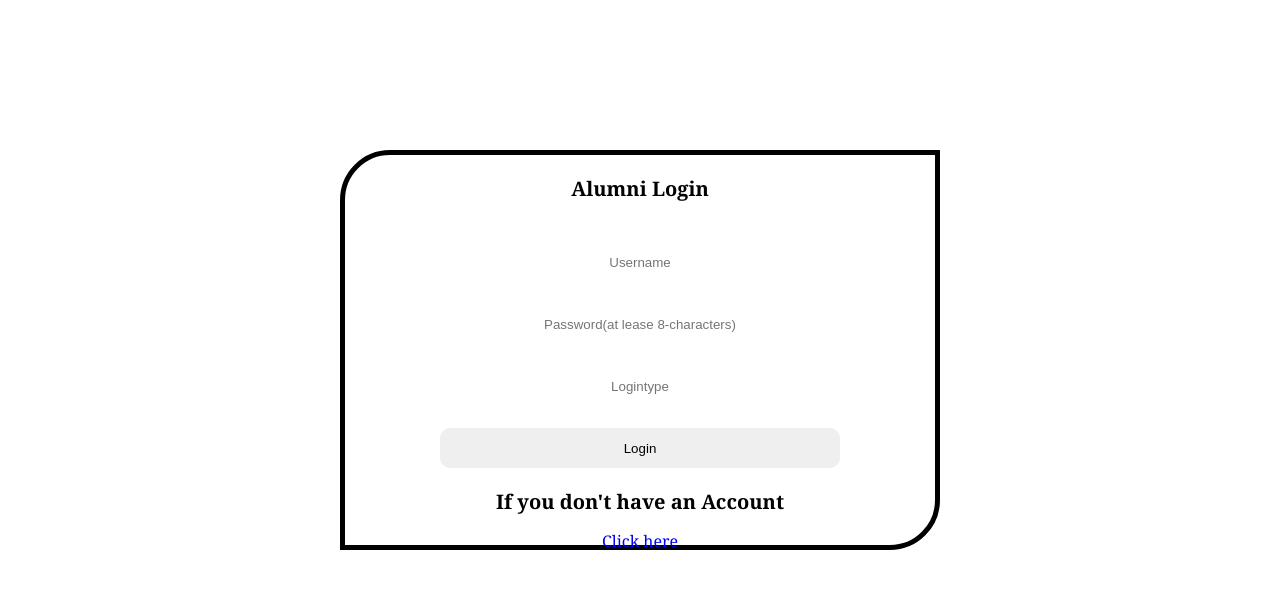
Repository: Shreyash1107/Web_Projects
Page: http://localhost/AlumnieventmanagementApplication/login.jsp
These files come from the project's save history. The page is drawn as it stood at one moment and after the next save; the edit follows.
The browser window is 1280 px wide. The pictures show the whole page.
The page is served by Tomcat 9. Nobody is signed in. The application's start-up code is not run.

Above is the page before, as saved 2024-07-24 16:06:52.

After the next save:
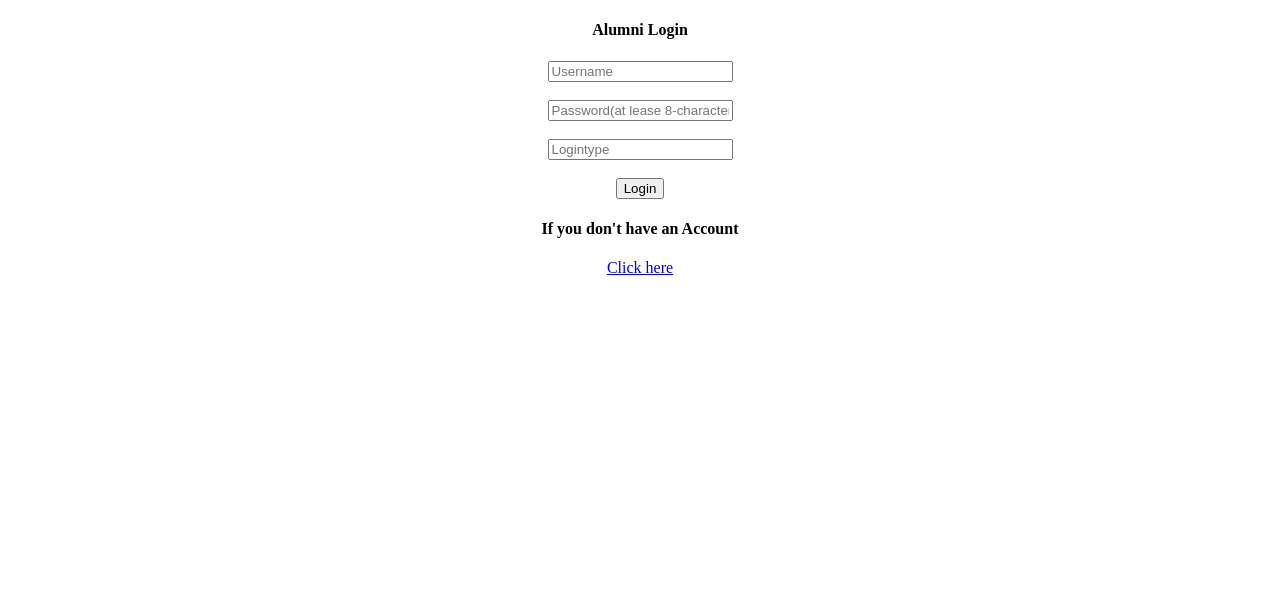
Saved 83 s later.
--- a/AlumnieventmanagementApplication/src/main/webapp/login.jsp
+++ b/AlumnieventmanagementApplication/src/main/webapp/login.jsp
@@ -5,7 +5,7 @@
 <head>
 <meta charset="ISO-8859-1">
 <title>Login Page</title>
-<link rel='stylesheet' href='CSS/style.css'/>
+
 </head>
 <body>
 	<center>
